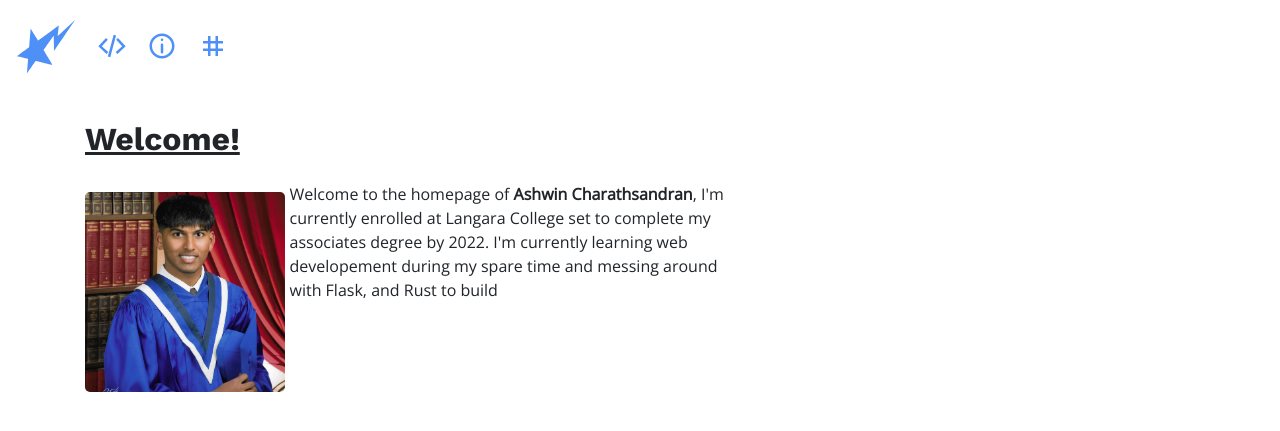
Repository: xxiz/ashwin.lol_flask
Page: http://localhost/
The author's editor kept a copy of each file at every save. The page is drawn from the files as they stood at one save, then again after the next save.
The browser window is 1280 px wide. The pictures show the whole page.
The page is served by the project's application, run on Flask 3 (app.py).

Above is the page before, as saved 2021-08-31 17:31:58.

After the next save:
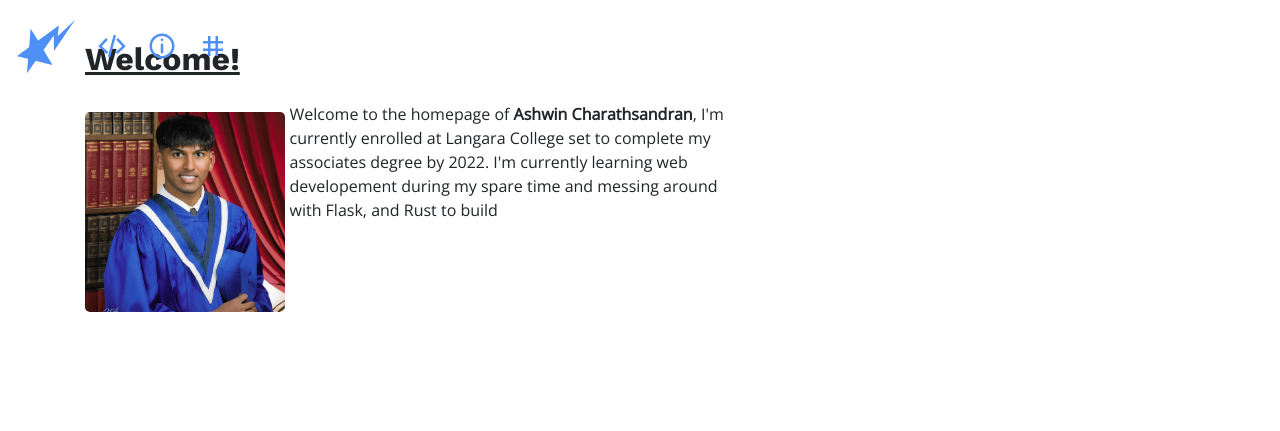
Saved 13 s later.
--- a/static/app.css
+++ b/static/app.css
@@ -68,7 +68,6 @@
     font-weight: 700;
 }
 main {
-    padding-top: 80px;
 }
 
 .logo svg {

After the save that followed:
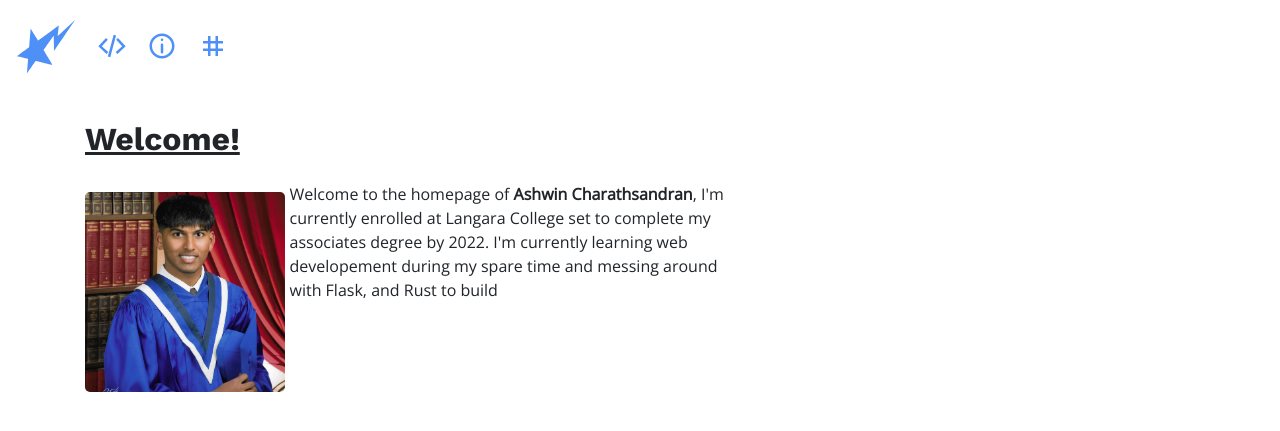
Saved 5 s later.
--- a/static/app.css
+++ b/static/app.css
@@ -68,6 +68,7 @@
     font-weight: 700;
 }
 main {
+    padding-top: 80px;
 }
 
 .logo svg {
